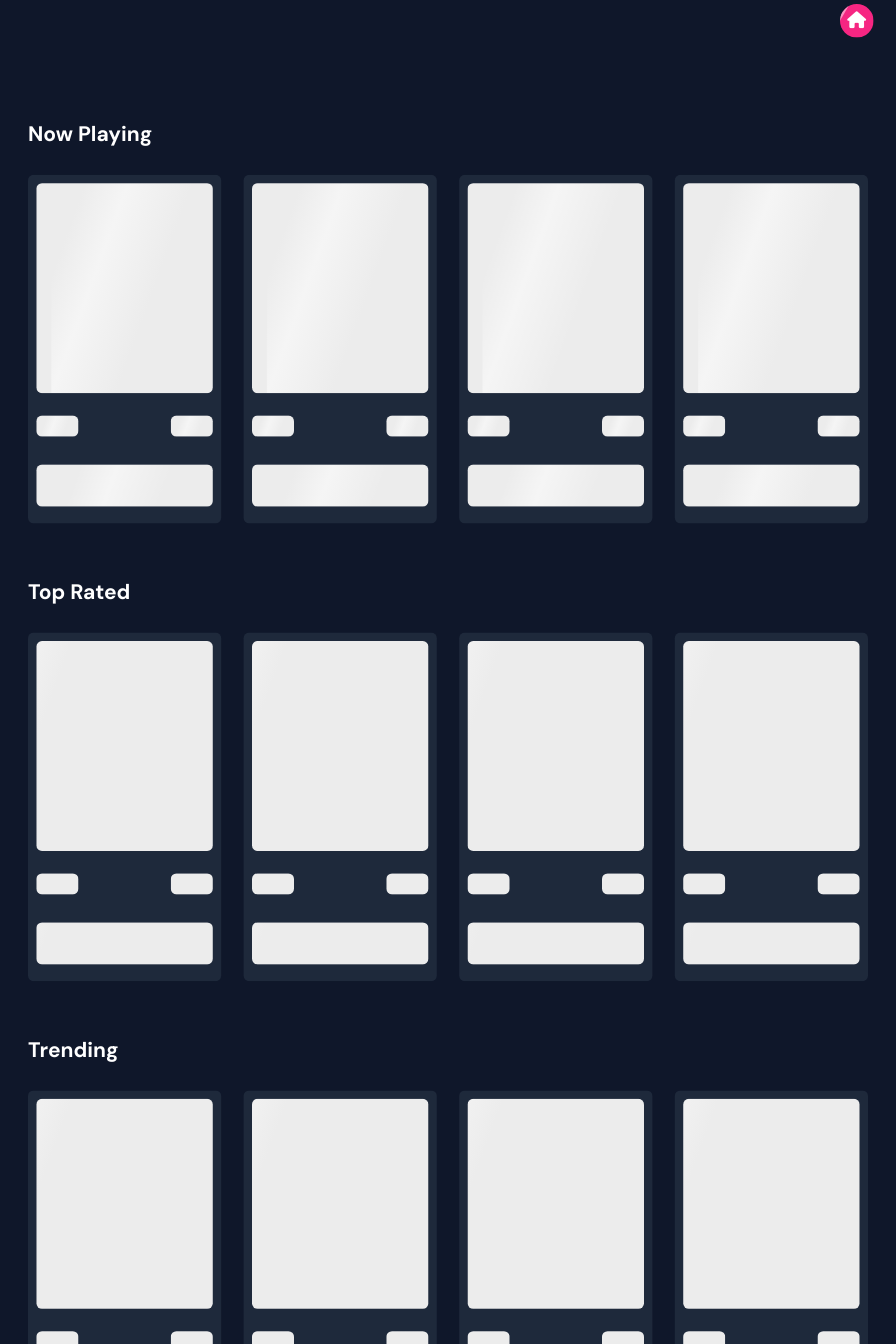
Repository: Linhyum/react-simple-movie
Page: /
These files come from the project's save history. The page is drawn as it stood at one moment and after the next save; the edit follows.
The browser window is 1280 px wide. The pictures show the part of the page from y = 634 to 2554 px (the page is 2770 px tall before and 1276 px after), at 70% of full size.
The page's requests for data from a server got no answer. The project was rebuilt for these pictures with package versions that can differ from the ones it lists, and the page was loaded fresh each time. No one was signed in, and anything a server would have sent is missing. Also part of the build but not shown: src/components/button/Button.js.

Above is the page before, as saved 2023-04-02 21:08:07.

After the next save:
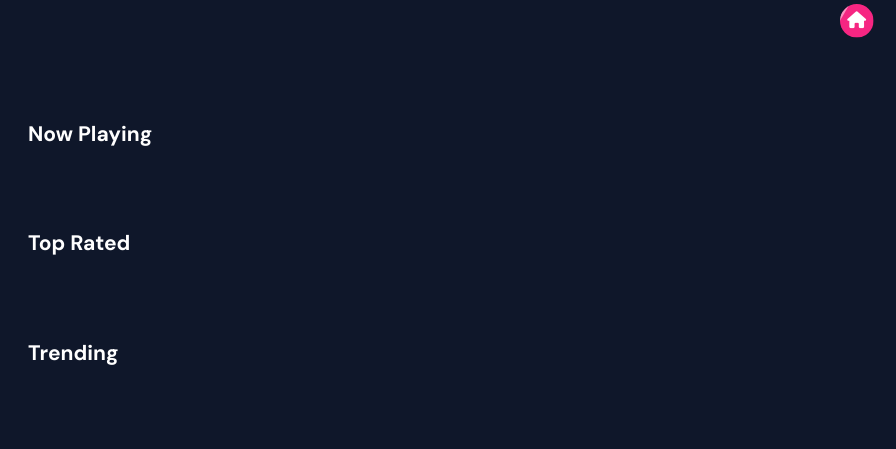
Saved 47 s later.
--- a/src/components/movie/MovieList.js
+++ b/src/components/movie/MovieList.js
@@ -48,7 +48,7 @@ const MovieList = ({ type }) => {
                     },
                 }}
             >
-                {!isLoading && (
+                {isLoading && (
                     <div className="grid grid-cols-4 gap-x-8">
                         <MovieCardSkeleton></MovieCardSkeleton>
                         <MovieCardSkeleton></MovieCardSkeleton>
@@ -56,7 +56,7 @@ const MovieList = ({ type }) => {
                         <MovieCardSkeleton></MovieCardSkeleton>
                     </div>
                 )}
-                {isLoading &&
+                {!isLoading &&
                     movies.length > 0 &&
                     movies.map((item) => (
                         <SwiperSlide key={item.id}>
